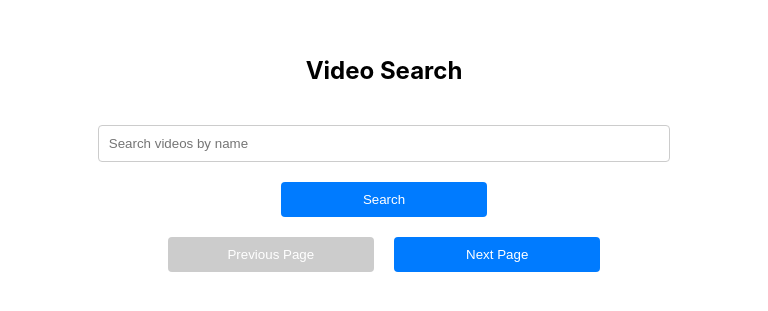
Repository: LolaSL/video-search
Page: /
The author's editor kept a copy of each file at every save. The page is drawn from the files as they stood at one save, then again after the next save.
The browser window is 768 px wide. The pictures show the whole page.
The project was rebuilt for these pictures with package versions that can differ from the ones it lists, and the page was loaded fresh each time.

Above is the page before, as saved 2023-08-12 13:13:30.

After the next save:
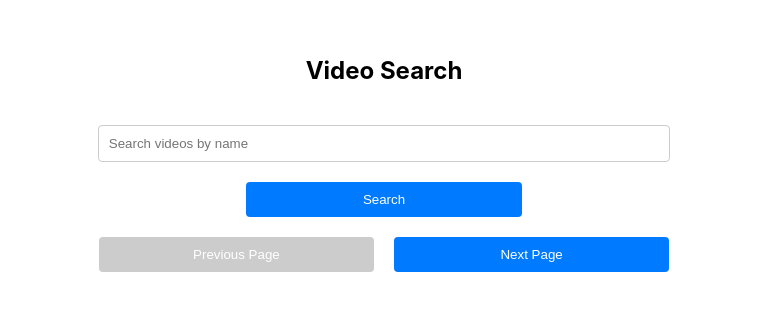
Saved 2 min 7 s later.
--- a/src/App.css
+++ b/src/App.css
@@ -77,7 +77,7 @@ iframe {
   }
 
   button {
-    width: 30%;
+    width: 40%;
     margin-bottom: 10px;
   }
 
